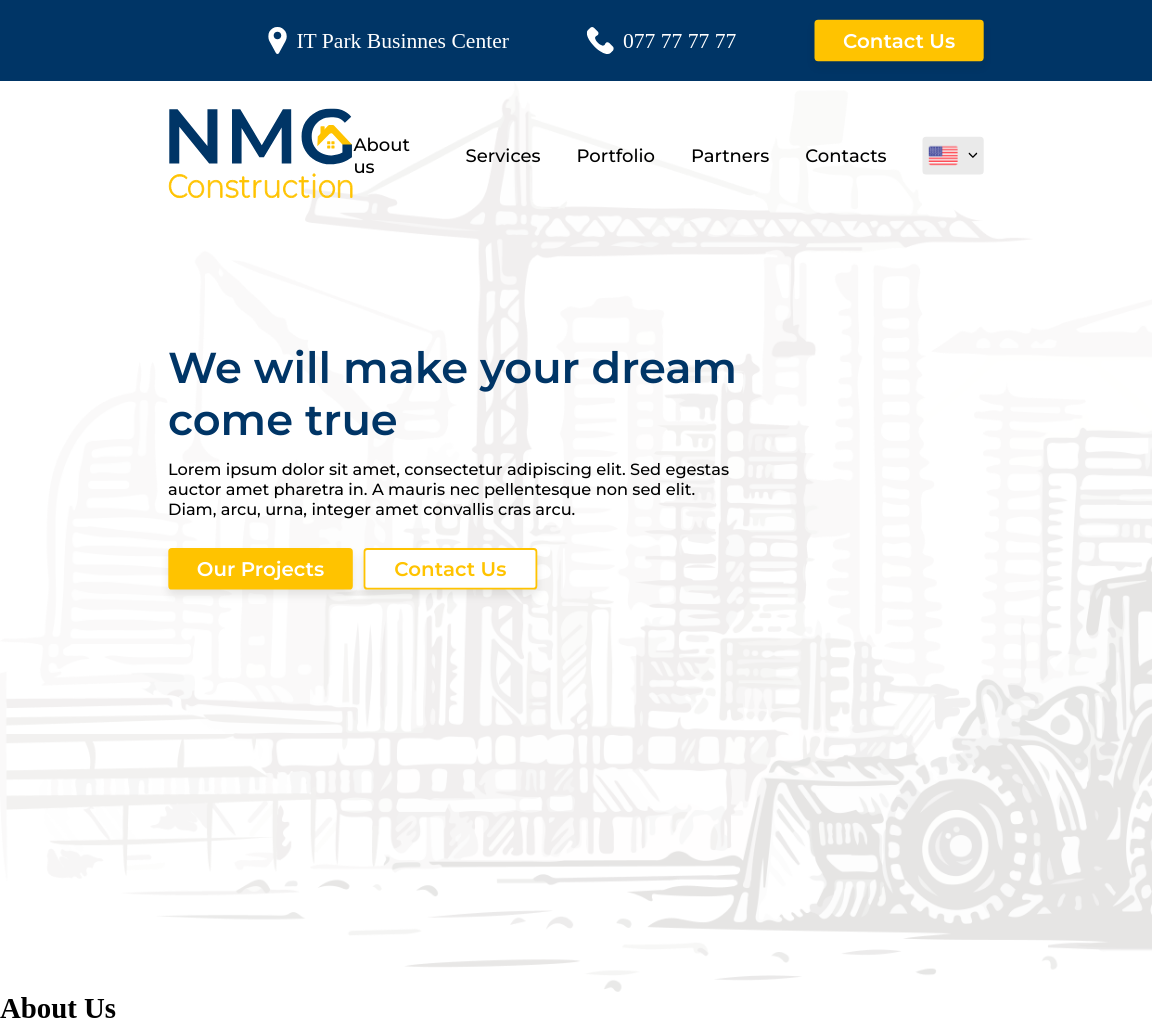
Repository: Lia1986/NMG-nuxt-project
Page: /
The author's editor kept a copy of each file at every save. The page is drawn from the files as they stood at one save, then again after a run of saves.
The browser window is 1280 px wide. The pictures show the whole page, at 90% of full size.
The project was rebuilt for these pictures with package versions that can differ from the ones it lists, and the page was loaded fresh each time. The framework's server and built-in components were replaced by stand-ins that run in the browser. Also part of the build but not shown: nuxt.config.js, components/ContactUs.vue, components/Partners.vue, components/Portfolio.vue, components/Services.vue, components/Tutorial.vue.

Above is the page before, as saved 2022-08-18 16:37:59.

### assets/css/main.scss
$blueMain: #003566;
$yellowMain: #ffc300;
$white: #ffffff;
$black: #000000;
$font400: Montserrat-Regular;
$font500: Montserrat-Medium;
$font600: Montserrat-SemiBold;
$font700: Montserrat-Bold;
$bRadius: 4px;

@font-face {
  font-family: Montserrat-Regular;
  src: url(~assets/fonts/Montserrat-Regular.ttf);
}
@font-face {
  font-family: Montserrat-Medium;
  src: url(~assets/fonts/Montserrat-Medium.ttf);
}
@font-face {
  font-family: Montserrat-SemiBold;
  src: url(~assets/fonts/Montserrat-SemiBold.ttf);
}
@font-face {
  font-family: Montserrat-Bold;
  src: url(~assets/fonts/Montserrat-Bold.ttf);
}

* {
  padding: 0;
  margin: 0;
}
.app_padding {
  padding-left: 14.584%;
  padding-right: 14.584%;
}
.d-flex_jc-c_ai-c {
  display: flex;
  justify-content: center;
  align-items: center;
}
.d-flex {
  display: flex;
}
.jc_sb {
  justify-content: space-between;
}
.btn {
  height: 46px;
  padding: 0 32px;
  display: flex;
  justify-content: center;
  align-items: center;
  outline: none;
  border: none;
  background: $yellowMain;
  color: $white;
  font-weight: 600;
  font-family: $font600;
  font-size: 22px;
  box-shadow: 0px 6px 10px rgba(28, 26, 19, 0.1);
  border-radius: $bRadius;
  cursor: pointer;
}
.btn_empty {
  box-sizing: border-box;
  border: 2px solid $yellowMain;
  background: transparent;
  color: $yellowMain;
}
.mr-40 {
  margin-right: 40px;
}
.mr-12 {
  margin-right: 12px;
}
.mr-20 {
  margin-right: 20px;
}
.mb-12 {
  margin-bottom: 12px;
}

### components/AboutUs.vue
<template>
  <div class="wr_about_us">
    <h1>About Us</h1>
  </div>
</template>

<script>
export default {};
</script>

<style lang="scss" scoped>
</style>

### components/Home.vue
<template>
  <div>
    <WorkingProcess />
    <AboutUs/>
  </div>
</template>

<script>
import WorkingProcess from "./WorkingProcess.vue";
import AboutUs from "./AboutUs.vue";
export default {
  name: "Home",
  component: {
    WorkingProcess,
    AboutUs,
  },
};
</script>

### components/WorkingProcess.vue
<template>
  <div class="wr_working_proccess app_padding">
    <h1>Our working proccess</h1>
    <div class="wr_content">
      <div
        class="content_item d-flex_jc-c_ai-c jc_sb"
        v-for="(item, index) in workingProccess"
        :key="item.id"
      >
        <div class="d-flex_jc-c_ai-c">
          <div style="position: relative">
            <div
              v-if="workingProccess.length - 1 != index"
              class="dashed_border"
            ></div>
            <div
              v-if="workingProccess.length - 1 === index"
              class="end_proccess_dashed"
            ></div>
            <div class="proccess_step mr-20">0{{ item.id }}</div>
          </div>
          <div class="item_info">
            <h3 class="mb-12">{{ item.title }}</h3>
            <p>{{ item.description }}</p>
          </div>
        </div>
        <div><img :src="require(`@/assets/images/${item.img}`)" alt="" /></div>
      </div>
    </div>
  </div>
</template>

<script>
export default {
  data() {
    return {
      workingProccess: [
        {
          id: 1,
          title: "Acceptance of order and discussion",
          description:
            "Lorem ipsum dolor sit amet, consectetur adipiscing elit. Rhoncus ut ut vehicula massa fringilla pellentesque. Lorem ipsum dolor sit amet, consectetur adipiscing elit. Rhoncus ut ut vehicula massa fringilla pellentesque. Lorem ipsum dolor sit amet, consectetur adipiscing elit. Rhoncus ut ut vehicula massa fringilla pellentesque. Lorem ipsum dolor sit amet, consectetur adipiscing elit. Rhoncus ut ut vehicula massa fringilla pellentesque. ",
          img: "img_working_proccess-1.png",
        },
        {
          id: 2,
          title: "Visit to the construction site",
          description:
            "Lorem ipsum dolor sit amet, consectetur adipiscing elit. Rhoncus ut ut vehicula massa fringilla pellentesque. ",
          img: "img_working_proccess-2.png",
        },
        {
          id: 3,
          title: "Discussion of date and price",
          description:
            "Lorem ipsum dolor sit amet, consectetur adipiscing elit. Rhoncus ut ut vehicula massa fringilla pellentesque.",
          img: "img_working_proccess-3.png",
        },
        {
          id: 4,
          title: "Start of work",
          description:
            "Lorem ipsum dolor sit amet, consectetur adipiscing elit. Rhoncus ut ut vehicula massa fringilla pellentesque. ",
          img: "img_working_proccess-4.png",
        },
        {
          id: 5,
          title: "Ongoing discussions",
          description:
            "Lorem ipsum dolor sit amet, consectetur adipiscing elit. Rhoncus ut ut vehicula massa fringilla pellentesque. ",
          img: "img_working_proccess-5.png",
        },
        {
          id: 6,
          title: "Job transfer",
          description:
            "Lorem ipsum dolor sit amet, consectetur adipiscing elit. Rhoncus ut ut vehicula massa fringilla pellentesque. ",
          img: "img_working_proccess-6.png",
        },
      ],
    };
  },
};
</script>

<style lang="scss" scoped>
.wr_working_proccess {
  padding-top: 130px;
  h1 {
    color: $yellowMain;
    text-align: center;
    font-weight: 600;
    font-family: $font600;
    font-size: 36px;
    margin-bottom: 80px;
  }
  .content_item {
    margin-bottom: 80px;
    .item_info {
      width: 569px;
      color: $blueMain;
      h3 {
        font-weight: 600;
        font-family: $font600;
        font-size: 24px;
        line-height: 32px;
      }
      p {
        font-weight: 500;
        font-family: $font500;
        font-size: 18px;
        line-height: 26px;
      }
    }
    .proccess_step {
      font-weight: 700;
      font-family: $font700;
      font-size: 96px;
      opacity: 0.4;
      color: $yellowMain;
    }
    .dashed_border {
      position: absolute;
      left: -65px;
      top: 55px;
      width: 62px;
      height: 438px;
      border-top: 2px dashed $yellowMain;
      border-left: 2px dashed $yellowMain;
    }
    .end_proccess_dashed {
      position: absolute;
      left: -65px;
      top: 55px;
      width: 62px;
      border-top: 2px dashed $yellowMain;
    }
  }
}
</style>

### pages/index.vue
<template>
  <div>
    <Navbar/>
    <Home/>
  </div>
</template>

<script>
export default {
  name: "IndexPage",
};
</script>

Loaded but not shown: components/Navbar.vue (370 lines, source omitted)

After the next 4 saves:
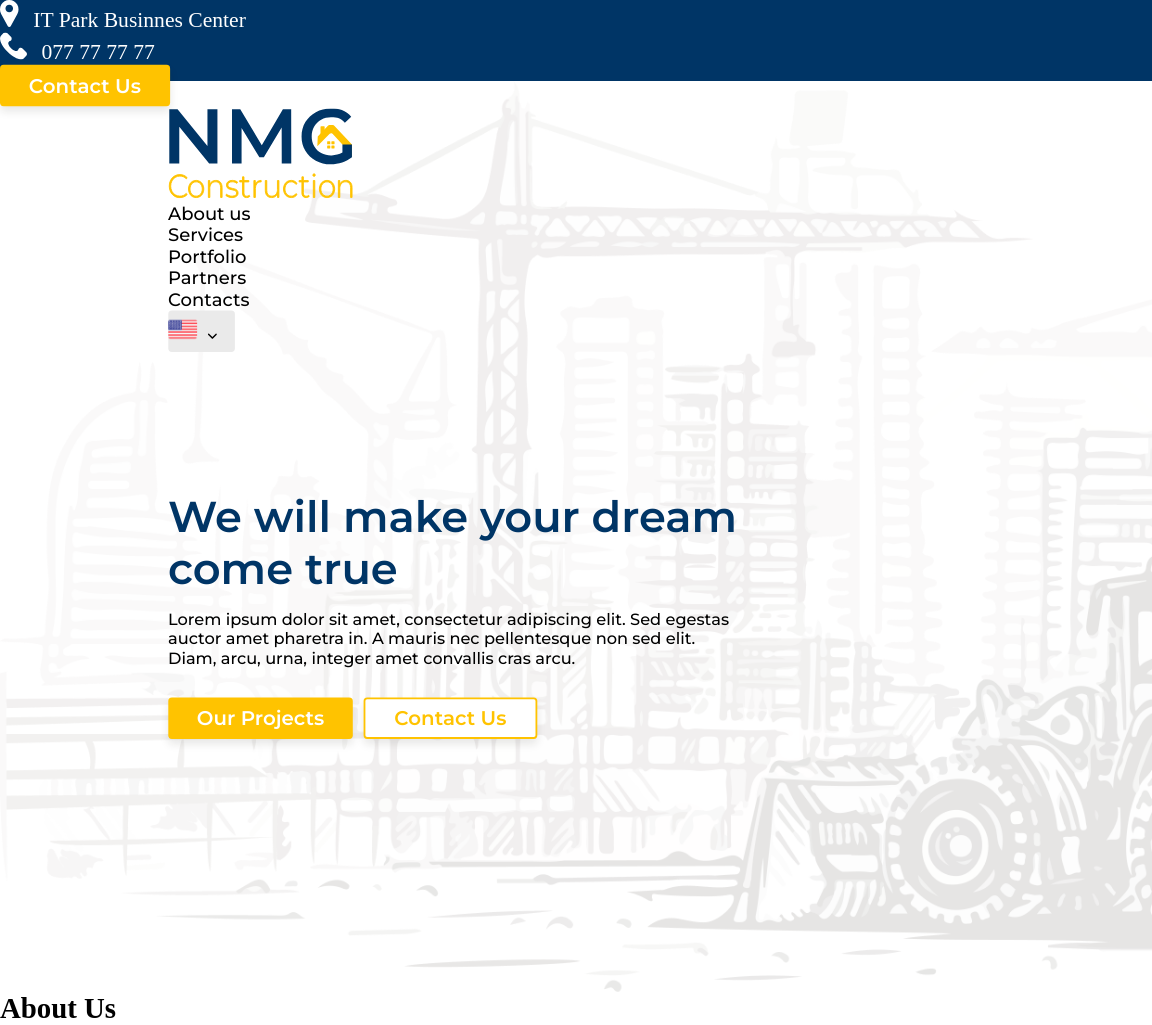
The 4 saves are shown as one change because they came seconds apart.
The last was saved 12 min 28 s later.
--- a/assets/css/main.scss
+++ b/assets/css/main.scss
@@ -33,6 +33,7 @@
   padding-left: 14.584%;
   padding-right: 14.584%;
 }
+.title_
 .d-flex_jc-c_ai-c {
   display: flex;
   justify-content: center;

After the 2 saves that followed:
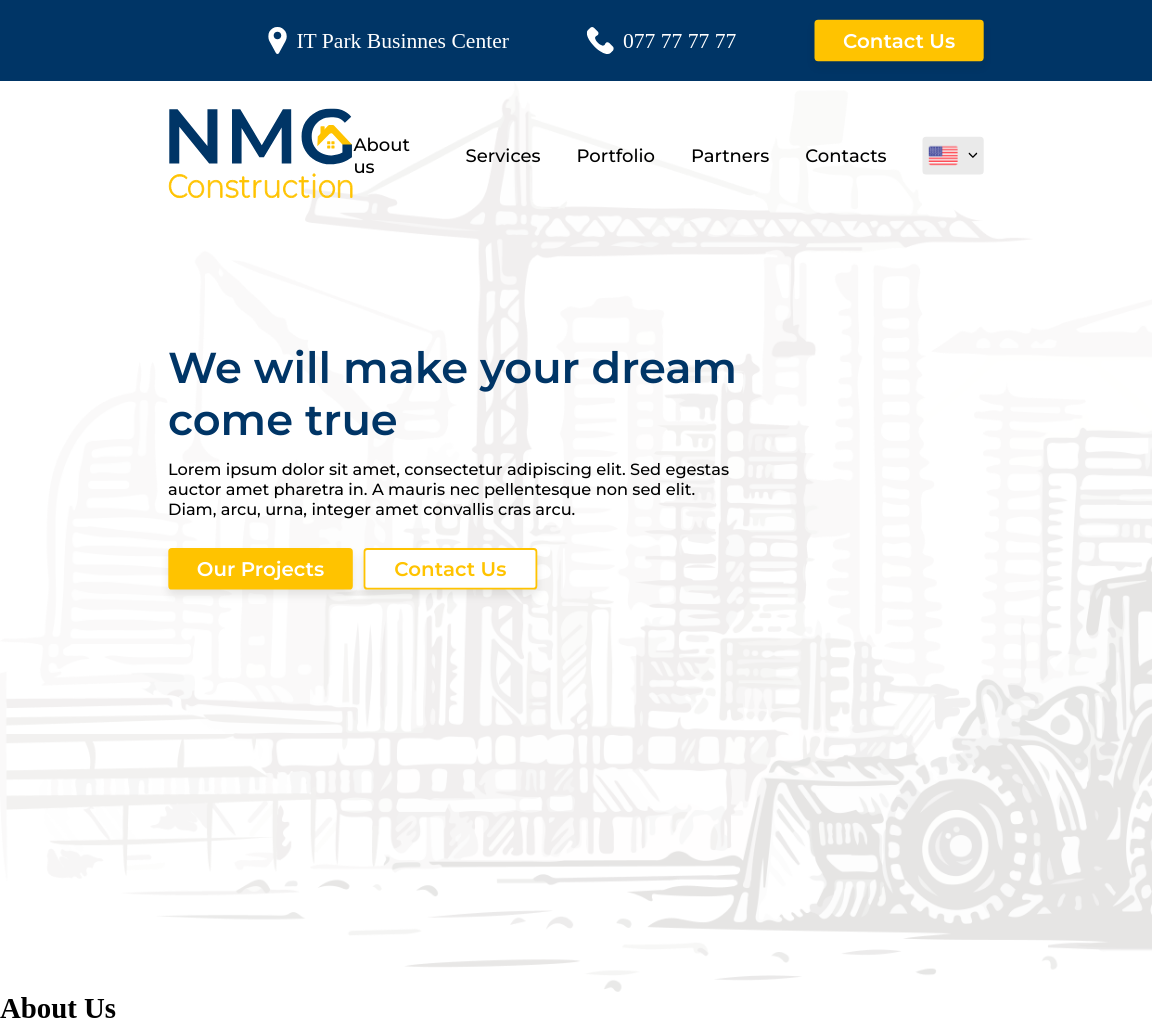
The 2 saves are shown as one change because they came seconds apart.
The last was saved 7 s later.
--- a/assets/css/main.scss
+++ b/assets/css/main.scss
@@ -33,7 +33,9 @@
   padding-left: 14.584%;
   padding-right: 14.584%;
 }
-.title_
+.title_section{
+
+}
 .d-flex_jc-c_ai-c {
   display: flex;
   justify-content: center;
